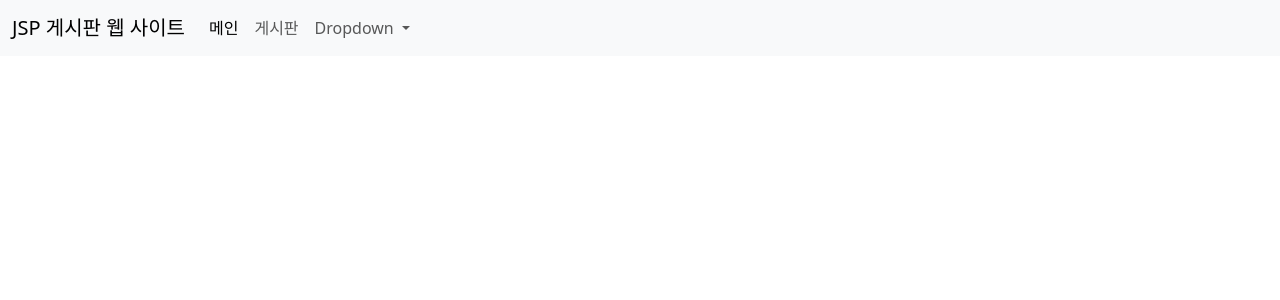
Repository: jeongjimin0/Jeongjimin
Page: http://localhost/WebTest/login.jsp
These files come from the project's save history. The page is drawn as it stood at one moment and after the next save; the edit follows.
The browser window is 1280 px wide. The pictures show the whole page.
The page is served by Tomcat 9. Other server files are loaded and not shown.

Above is the page before, as saved 2023-02-27 14:09:30.

### projects/WebTest/src/main/webapp/login.jsp
<%@ page language="java" contentType="text/html; charset=UTF-8"
    pageEncoding="UTF-8"%>
<!DOCTYPE html>
<html>
<head>
<meta charset="UTF-8">
<meta name="viewport" content="width=device-width", initial-scale="1">
<link rel="stylesheet" href="css/bootstrap.css">
<title>JSP 게시판 웹 사이트</title>
</head>
<body>
<nav class="navbar navbar-expand-lg bg-body-tertiary">
  <div class="container-fluid">
    <a class="navbar-brand">JSP 게시판 웹 사이트</a>
    <div class="collapse navbar-collapse" id="navbarSupportedContent">
      <ul class="navbar-nav me-auto mb-2 mb-lg-0">
        <li class="nav-item">
          <a class="nav-link active" aria-current="page" href="#">메인</a>
        </li>
        <li class="nav-item">
          <a class="nav-link" href="#">게시판</a>
        </li>

        <ul class="nav navbar-nav navbar-right">
        <li class="nav-item dropdown">
          <a class="nav-link dropdown-toggle" href="#" role="button" data-bs-toggle="dropdown" aria-expanded="false">
            Dropdown
          </a>
          <div class="nav navbar-nav navbar-right">
          <ul class="dropdown-menu">
            <li><a class="dropdown-item" href="#">Action</a></li>
            <li><a class="dropdown-item" href="#">Another action</a></li>
            <li><hr class="dropdown-divider"></li>
            <li><a class="dropdown-item" href="#">Something else here</a></li>
          </ul>
        </li>
      </ul>




    </div>
    </div>
</nav>

<script src="https://cdn.jsdelivr.net/npm/bootstrap@5.3.0-alpha1/dist/js/bootstrap.bundle.min.js" integrity="sha384-w76AqPfDkMBDXo30jS1Sgez6pr3x5MlQ1ZAGC+nuZB+EYdgRZgiwxhTBTkF7CXvN" crossorigin="anonymous"></script>
</body>
</html>

Loaded but not shown: projects/WebTest/src/main/webapp/css/bootstrap.css (library)

After the next save:
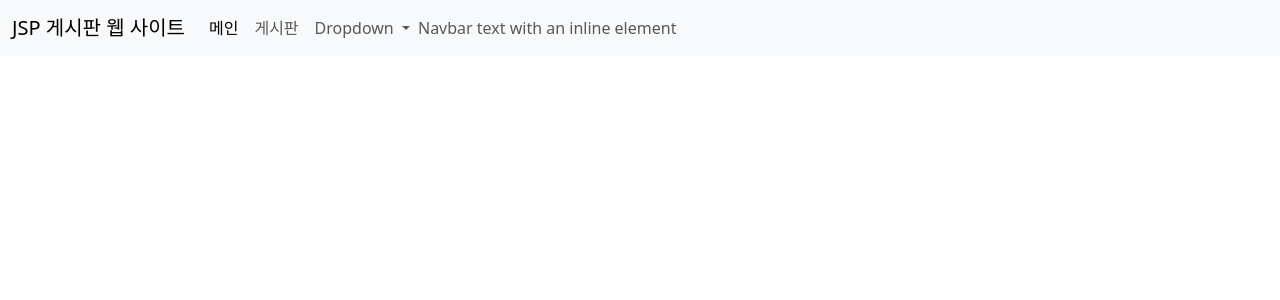
Saved 93 s later.
--- a/projects/WebTest/src/main/webapp/login.jsp
+++ b/projects/WebTest/src/main/webapp/login.jsp
@@ -36,6 +36,11 @@
         </li>
       </ul>
 
+      <span class="navbar-text">
+        Navbar text with an inline element
+      </span>
+
+
 
 
 
